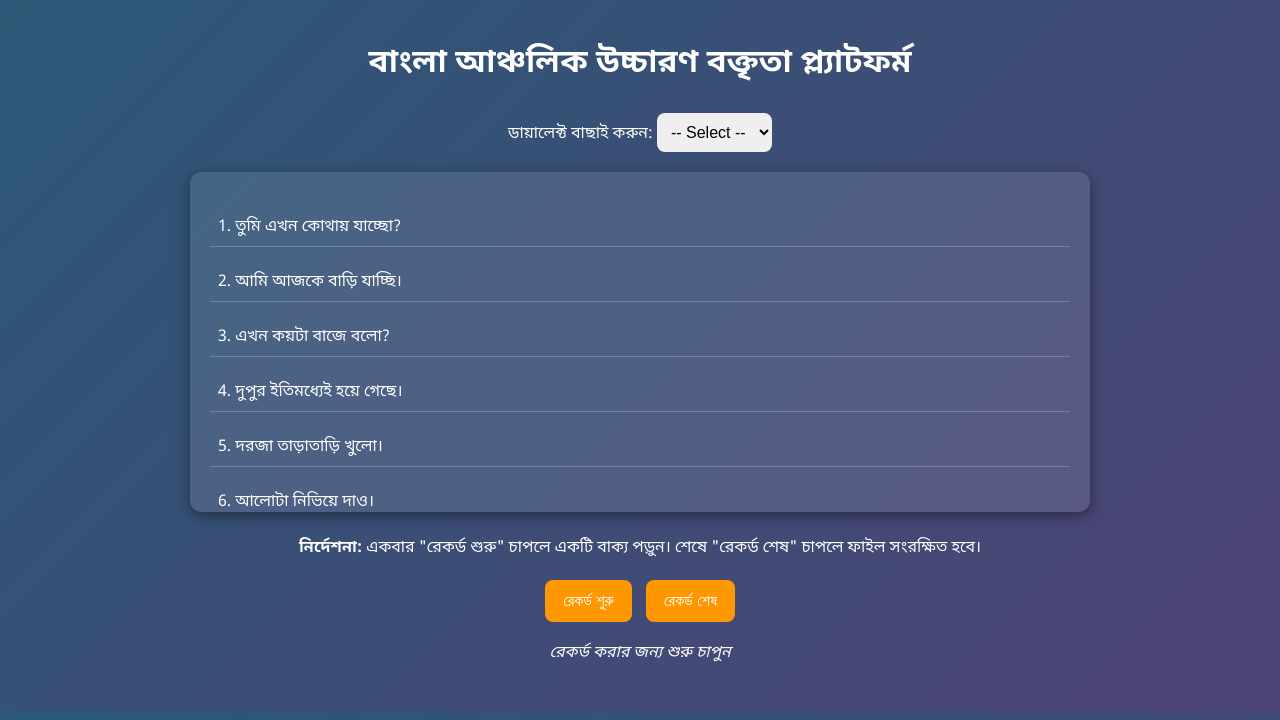
Repository: Sayeem-Velocity/shobdotori-where-dialects-flow-into-bangla
Page: index.html
An editor plug-in stored every save of this project. The page is shown before and after the next save, followed by the edit.
The browser window is 1280 px wide. The pictures show the whole page.

Above is the page before, as saved 2025-08-31 14:45:21.

### index.html
<!DOCTYPE html>
<html lang="bn">
<head>
  <meta charset="UTF-8">
  <meta name="viewport" content="width=device-width, initial-scale=1.0">
  <title>Bangla Dialect Speech UI</title>
  <link rel="stylesheet" href="css/style.css">
  <link rel="icon" type="image/png" href="images/image.png">
</head>
<body>
  <div class="overlay"></div>
  <div class="container">
    <h1 class="title">বাংলা আঞ্চলিক উচ্চারণ বক্তৃতা প্ল্যাটফর্ম</h1>

    <!-- Dropdown -->
    <div class="dropdown">
      <label for="dialect">ডায়ালেক্ট বাছাই করুন:</label>
      <select id="dialect">
        <option value="">-- Select --</option>
        <option value="mymensingh">ময়মনসিংহ</option>
        <option value="comilla">কুমিল্লা</option>
        <option value="noakhali">নোয়াখালী</option>
        <option value="feni">ফেনী</option>
        <option value="brahmanbaria">ব্রাহ্মণবাড়িয়া</option>
        <option value="gaibandha">গাইবান্ধা</option>
        <option value="kurigram">কুড়িগ্রাম</option>
        <option value="jessore">যশোর</option>
        <option value="kushtia">কুষ্টিয়া</option>
        <option value="jhenaidah">ঝিনাইদহ</option>
        <option value="bagerhat">বাগেরহাট</option>
        <option value="khulna">খুলনা</option>
        <option value="patuakhali">পটুয়াখালী</option>
        <option value="bhola">ভোলা</option>
        <option value="panchagarh">পঞ্চগড়</option>
        <option value="lalmonirhat">লালমনিরহাট</option>
        <option value="dinajpur">দিনাজপুর</option>
        <option value="rajshahi">রাজশাহী</option>
        <option value="natore">নাটোর</option>
        <option value="pabna">পাবনা</option>
        <option value="sirajganj">সিরাজগঞ্জ</option>
        <option value="chandpur">চাঁদপুর</option>
        <option value="lakshmipur">লক্ষ্মীপুর</option>
        <option value="sandwip">সন্দ্বীপ</option>
      </select>
    </div>

    <!-- Sentences -->
    <div id="sentences" class="sentence-box"></div>

    <!-- Recorder -->
    <div class="recorder">
      <p><b>নির্দেশনা:</b> একবার "রেকর্ড শুরু" চাপলে একটি বাক্য পড়ুন। শেষে "রেকর্ড শেষ" চাপলে ফাইল সংরক্ষিত হবে।</p>
      <button id="startBtn">রেকর্ড শুরু</button>
      <button id="stopBtn" disabled>রেকর্ড শেষ</button>
      <p id="status">রেকর্ড করার জন্য শুরু চাপুন</p>
    </div>
  </div>

  <script src="js/app.js"></script>
</body>
</html>

### css/style.css
body {
  margin: 0;
  font-family: "Noto Sans Bengali", sans-serif;
  background: linear-gradient(135deg, #2b5876, #4e4376);
  color: #fff;
  overflow-x: hidden;
}

.container {
  max-width: 900px;
  margin: auto;
  padding: 30px;
  text-align: center;
  animation: fadeIn 2s ease-in-out;
}

.title {
  font-size: 32px;
  margin-bottom: 20px;
  animation: float 3s ease-in-out infinite;
}

.dropdown {
  margin-bottom: 20px;
}

select {
  padding: 10px;
  border-radius: 8px;
  border: none;
  font-size: 16px;
}

.sentence-box {
  background: rgba(255,255,255,0.1);
  border-radius: 12px;
  padding: 20px;
  margin-top: 20px;
  text-align: left;
  max-height: 300px;
  overflow-y: auto;
  box-shadow: 0 4px 15px rgba(0,0,0,0.4);
}

.sentence-box p {
  padding: 8px;
  border-bottom: 1px solid rgba(255,255,255,0.2);
  transition: transform 0.2s;
}

.sentence-box p:hover {
  transform: scale(1.05);
  background: rgba(255,255,255,0.15);
  cursor: pointer;
}

.recorder {
  margin-top: 25px;
}

button {
  background: #ff9800;
  color: white;
  border: none;
  padding: 12px 18px;
  margin: 5px;
  border-radius: 8px;
  font-size: 16px;
  transition: all 0.3s;
}

button:hover {
  background: #e68900;
  transform: translateY(-2px);
}

#status {
  margin-top: 15px;
  font-style: italic;
}

@keyframes float {
  0% { transform: translateY(0);}
  50% { transform: translateY(-10px);}
  100% { transform: translateY(0);}
}

@keyframes fadeIn {
  from { opacity: 0;}
  to { opacity: 1;}
}

### js/app.js
const sentences = [
  "তুমি এখন কোথায় যাচ্ছো?", "আমি আজকে বাড়ি যাচ্ছি।", "এখন কয়টা বাজে বলো?", "দুপুর ইতিমধ্যেই হয়ে গেছে।",
  "দরজা তাড়াতাড়ি খুলো।", "আলোটা নিভিয়ে দাও।", "আমি কিছু খেতে চাই।", "ভাত একেবারে হয়ে গেছে।",
  "আমাকে একটু পানি দাও।", "আমি আজ খুব ক্লান্ত।", "চল আমরা বাইরে যাই।", "আমি এখনই আসছি।",
  "তুমি কি কাল আসবে?", "আজকে খুব গরম লাগছে।", "বাইরে বৃষ্টি পড়ছে।", "ছাতা নিয়ে যাও এখন।",
  "তুমি আজ কেমন আছো?", "আমি খুব ভালো আছি।", "এখানে এসে বসো।", "ওই বইটা আমাকে দাও।",
  "তোমার নামটা কী বলো?", "আমার নাম রফিক হাসান।", "তুমি কোথা থেকে আসছো?", "আমি চট্টগ্রাম শহর থেকে।",
  "তুমি কি পড়াশোনা করছো?", "আমি এখন বাংলা পড়ছি।", "দরজায় কে দাঁড়িয়েছে?", "আমি এখানেই ছিলাম।",
  "তুমি কি এখন ব্যস্ত?", "হ্যাঁ, আমি একটু ব্যস্ত।", "তুমি কি কিছু খাবে?", "আমি এক কাপ চা খাবো।",
  "ভাত খাওয়া শেষ হয়েছে?", "হ্যাঁ, এখনই শেষ হয়েছে।", "তুমি কি গান শুনছো?", "হ্যাঁ, আমি গান শুনছি।",
  "আমি মাঝে মাঝে গান গাই।", "টিভি এখনই চালাও।", "টিভি তাড়াতাড়ি বন্ধ করো।", "আমি বই পড়তে চাই।",
  "তোমার কলমটা কোথায়?", "কলমটা এখানেই আছে।", "আমাকে মোবাইলটা দাও তো।", "ফোনের চার্জ শেষ হয়ে গেছে।",
  "তোমার বাসা কোথায় বলো?", "আমার বাসা ঢাকার ভিতরে।", "আজ শুক্রবার সকাল।", "আগামীকাল ছুটির দিন।",
  "তুমি কি সত্যিই আসবে?", "হ্যাঁ, আমি অবশ্যই আসবো।", "তুমি আজ কেমন আছো?", "আমি মোটামুটি ভালো আছি।",
  "আজ আমি খুব খুশি।", "আমি অনেক দুঃখিত আছি।", "আমাকে ক্ষমা করে দাও।", "তোমাকে অনেক ধন্যবাদ।",
  "তুমি কি কফি খাবে?", "না, আমি শুধু চা খাবো।", "এখন আমার ঘুম পাচ্ছে।", "আমি ঘুমাতে যাচ্ছি।",
  "দরজাটা বন্ধ করে দাও।", "জানালাটা একটু খুলো।", "শীতল বাতাস আসছে।", "বৃষ্টি এখন থেমে গেছে।",
  "আমি কোথায় যাবো এখন?", "তুমি বাজারে চলে যাও।", "বাজার কতদূরে আছে?", "বাজারটা খুব কাছেই আছে।",
  "আমি হাঁটতে যাবো এখন।", "চল আমরা একসাথে হাঁটি।", "আমি নতুন বন্ধু চাই।", "তুমি আমার সেরা বন্ধু।",
  "তুমি কি এখন খুশি?", "হ্যাঁ, আমি সত্যিই খুশি।", "আজ স্কুল বন্ধ রয়েছে।", "আমি খেলতে যাচ্ছি।",
  "তুমি কি ফুটবল খেলবে?", "না, আমি ক্রিকেট খেলবো।", "আজ ম্যাচ শুরু হয়েছে।", "বাংলাদেশ আজ জিতেছে।",
  "আমি গান শুনছি এখন।", "তুমি কী পড়ছো বলো?", "হ্যাঁ, আমি বাংলা পড়ছি।", "আমি কবিতা লিখছি।",
  "তুমি কী কাজ করছো?", "আমি রান্না করছি এখন।", "খাওয়া তৈরি হয়েছে কি?", "হ্যাঁ, এখনই তৈরি হয়েছে।",
  "খেতে এসো সবাই।", "আমি তাড়াতাড়ি আসছি।", "আমাকে এখনই ডাকো।", "তুমি কই গিয়েছিলে বলো?",
  "আমি বাজারে গিয়েছিলাম।", "তুমি কী কিনেছো বলো?", "আমি ফলমূল কিনেছি।", "এই আমটা খুব মিষ্টি।",
  "আমি লিচু খেতে চাই।", "দুধটা এখন গরম আছে।", "চাল আনো ঘরের ভিতর।", "ডালটা আমাকে দাও।"
];

const sentenceBox = document.getElementById("sentences");
sentences.forEach((s, i) => {
  const p = document.createElement("p");
  p.textContent = (i+1) + ". " + s;
  sentenceBox.appendChild(p);
});

// 🎤 Recording
let mediaRecorder;
let audioChunks = [];

const startBtn = document.getElementById("startBtn");
const stopBtn = document.getElementById("stopBtn");
const status = document.getElementById("status");

startBtn.onclick = async () => {
  const stream = await navigator.mediaDevices.getUserMedia({ audio: true });
  mediaRecorder = new MediaRecorder(stream);
  mediaRecorder.start();
  audioChunks = [];

  mediaRecorder.ondataavailable = e => audioChunks.push(e.data);

  mediaRecorder.onstop = () => {
    const blob = new Blob(audioChunks, { type: "audio/webm" });
    const url = URL.createObjectURL(blob);

    // Auto download
    const a = document.createElement("a");
    a.href = url;
    a.download = "speech_recording.webm";
    a.click();
  };

  status.textContent = "🎙️ রেকর্ড হচ্ছে...";
  startBtn.disabled = true;
  stopBtn.disabled = false;
};

stopBtn.onclick = () => {
  mediaRecorder.stop();
  status.textContent = "✅ রেকর্ড শেষ!";
  startBtn.disabled = false;
  stopBtn.disabled = true;
};

After the next save:
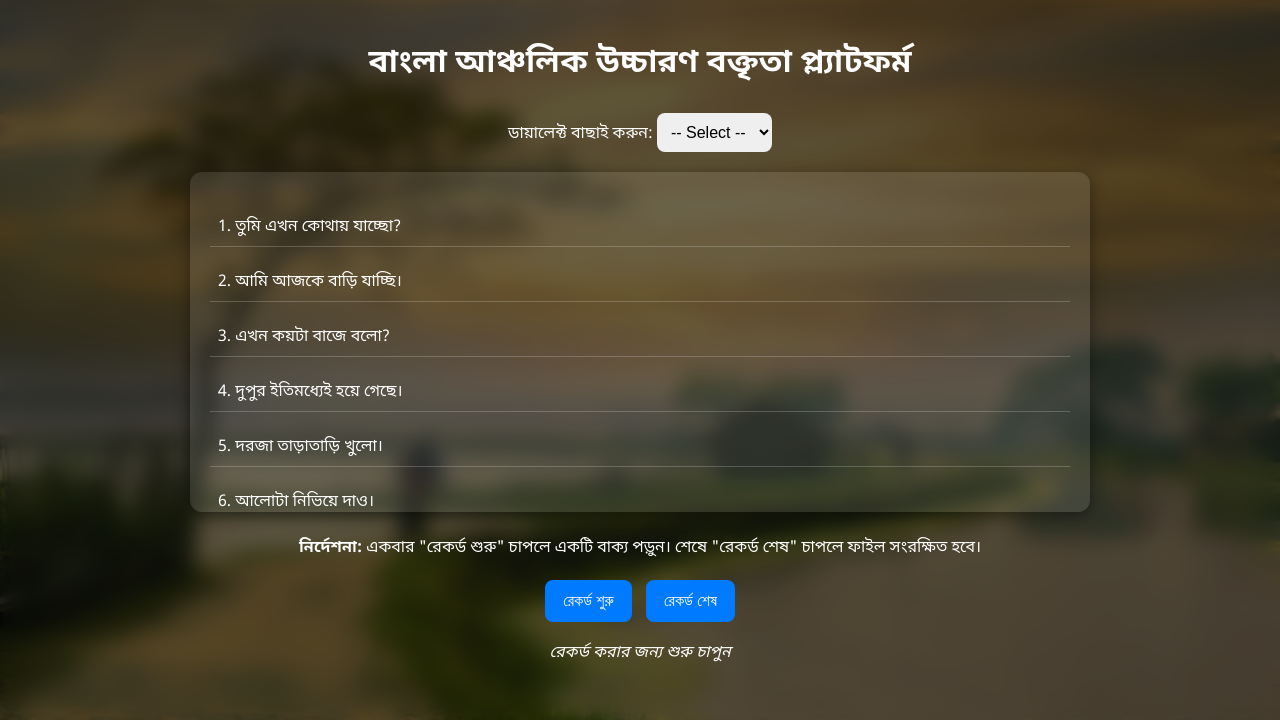
Saved 11 s later.
--- a/css/style.css
+++ b/css/style.css
@@ -1,9 +1,20 @@
 body {
   margin: 0;
   font-family: "Noto Sans Bengali", sans-serif;
-  background: linear-gradient(135deg, #2b5876, #4e4376);
   color: #fff;
+  background: url("../images/image1.png") no-repeat center center fixed;
+  background-size: cover;
   overflow-x: hidden;
+  position: relative;
+}
+
+/* blur overlay */
+.overlay {
+  position: fixed;
+  top: 0; left: 0; right: 0; bottom: 0;
+  background: rgba(0, 0, 0, 0.6);
+  backdrop-filter: blur(10px);
+  z-index: -1;
 }
 
 .container {
@@ -59,7 +70,7 @@ select {
 }
 
 button {
-  background: #ff9800;
+  background: #007bff;
   color: white;
   border: none;
   padding: 12px 18px;
@@ -70,7 +81,7 @@ button {
 }
 
 button:hover {
-  background: #e68900;
+  background: #0056b3;
   transform: translateY(-2px);
 }
 
